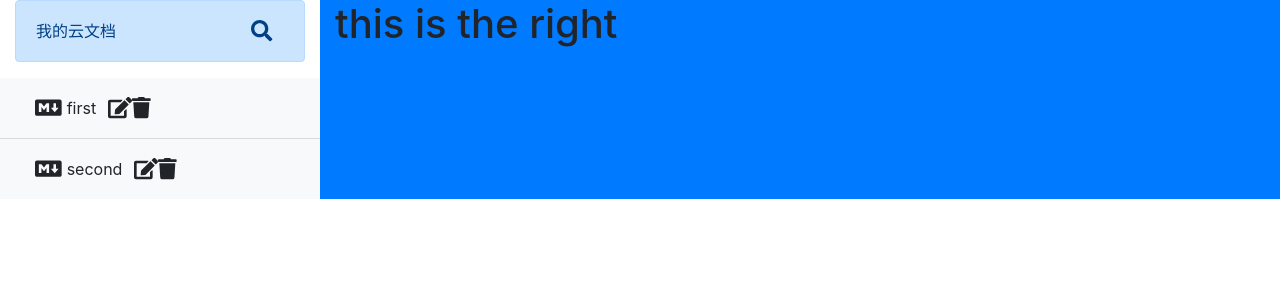
Repository: weijie-he/clould-doc
Page: /
An editor plug-in stored every save of this project. The page is shown before and after the next save, followed by the edit.
The browser window is 1280 px wide. The pictures show the whole page.
The project was rebuilt for these pictures with package versions that can differ from the ones it lists, and the page was loaded fresh each time.

Above is the page before, as saved 2020-09-30 17:05:49.

After the next save:
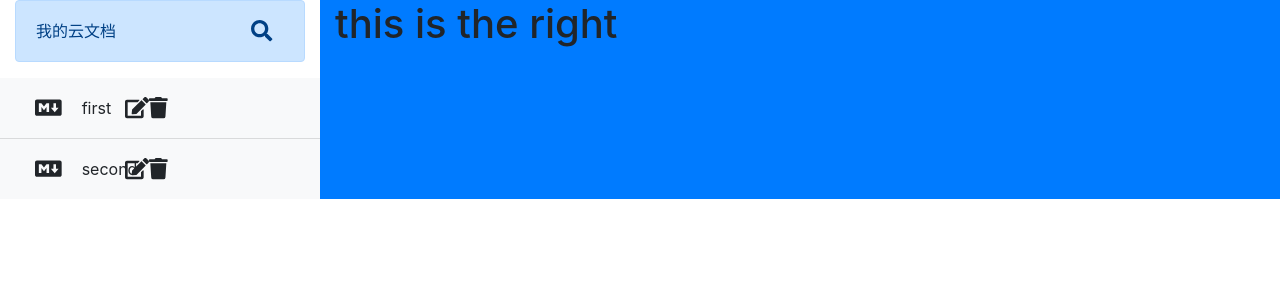
Saved 20 s later.
--- a/src/components/FileList.js
+++ b/src/components/FileList.js
@@ -21,7 +21,7 @@ const FileList = ({files,onFileClick,onSaveEdit,onFileDelete})=>{
                                 size={"lg"}
                             />
                         </span>
-                        <span>{file.title}</span>
+                        <span className="col-2">{file.title}</span>
                         <Button
                             className={"icon-button col-1"}
                             onClick={()=>{}}>
